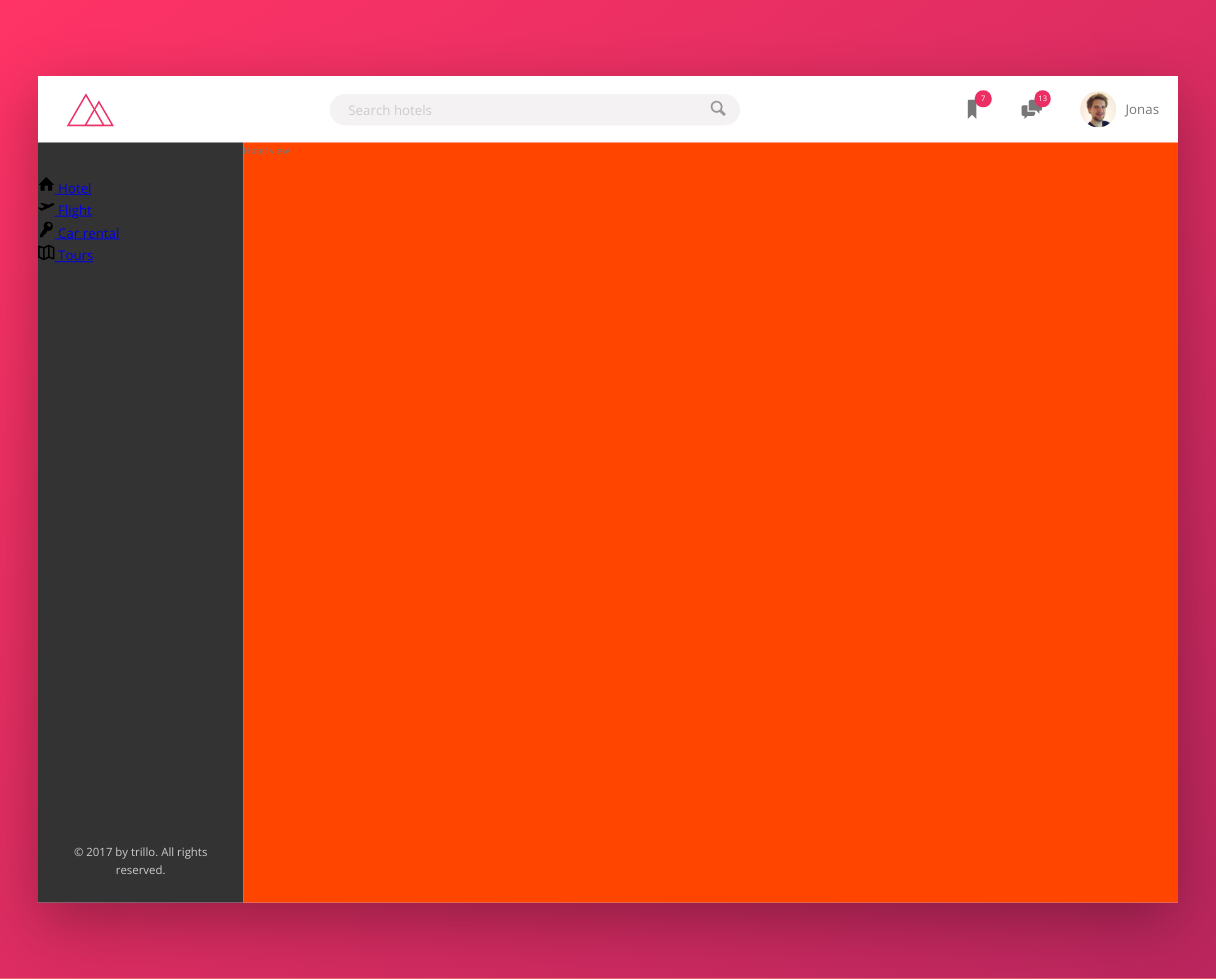
Repository: MalgorzataMazur/Trillo
Page: index.html
These files come from the project's save history. The page is drawn as it stood at one moment and after the next save; the edit follows.
The browser window is 1280 px wide. The pictures show the whole page, at 95% of full size.
The style sheet was rebuilt from its Sass, Less or Tailwind sources for each picture, by a compiler version that may differ from the author's.

Above is the page before, as saved 2020-03-26 19:30:21.

After the next save:
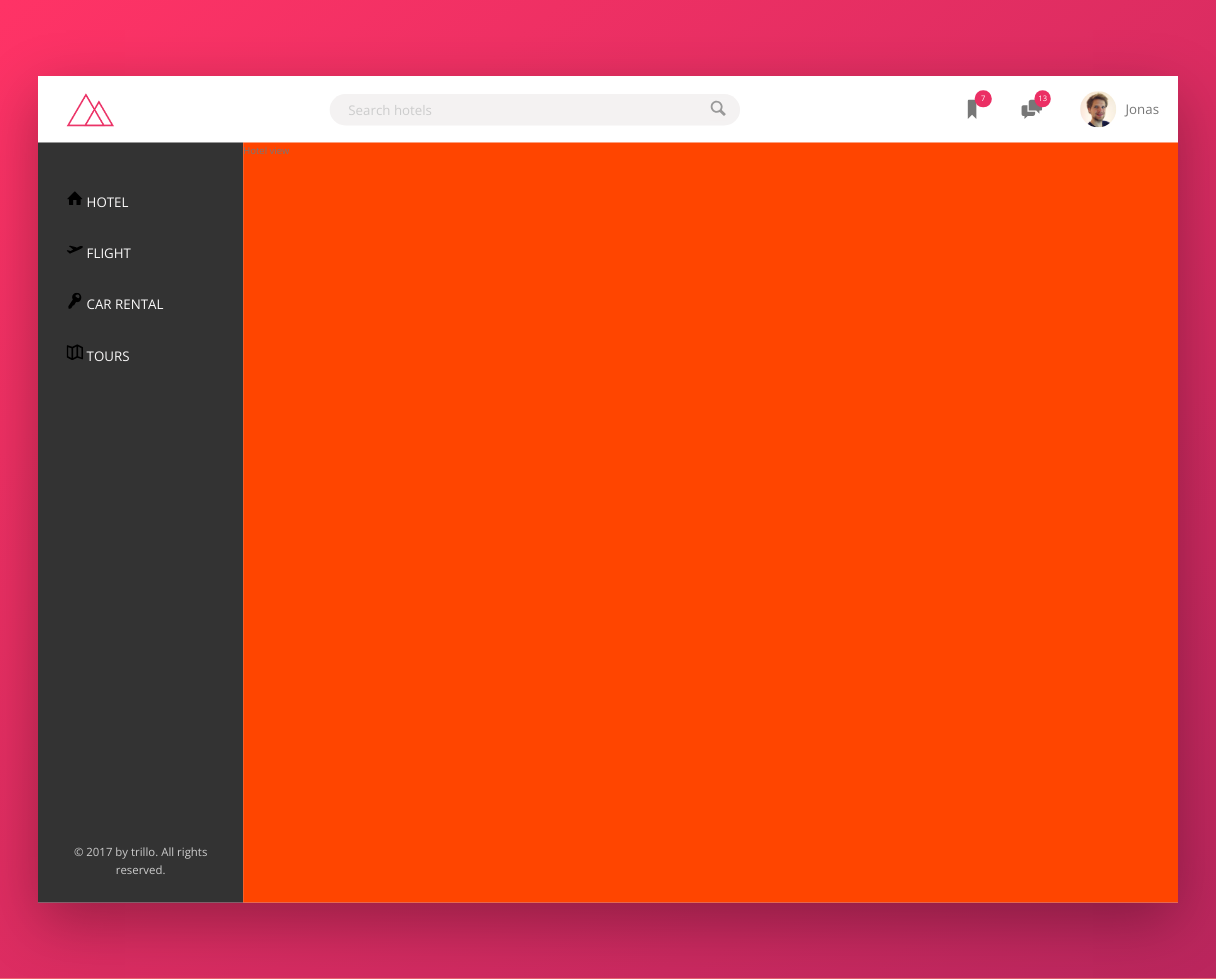
Saved 2 min 33 s later.
--- a/sass/_components.scss
+++ b/sass/_components.scss
@@ -127,11 +127,18 @@
     font-size: 1.4rem;
     list-style: none;
     margin-top: 3.5rem;
+
     &__item {
 
     }
 
-    &__link {
+    &__link:link,
+    &__link:visited {
+        color: var(--color-grey-light-1);
+        text-decoration: none;
+        text-transform: uppercase;
+        display: block;
+        padding: 1.5rem 3rem;
 
     }
 
